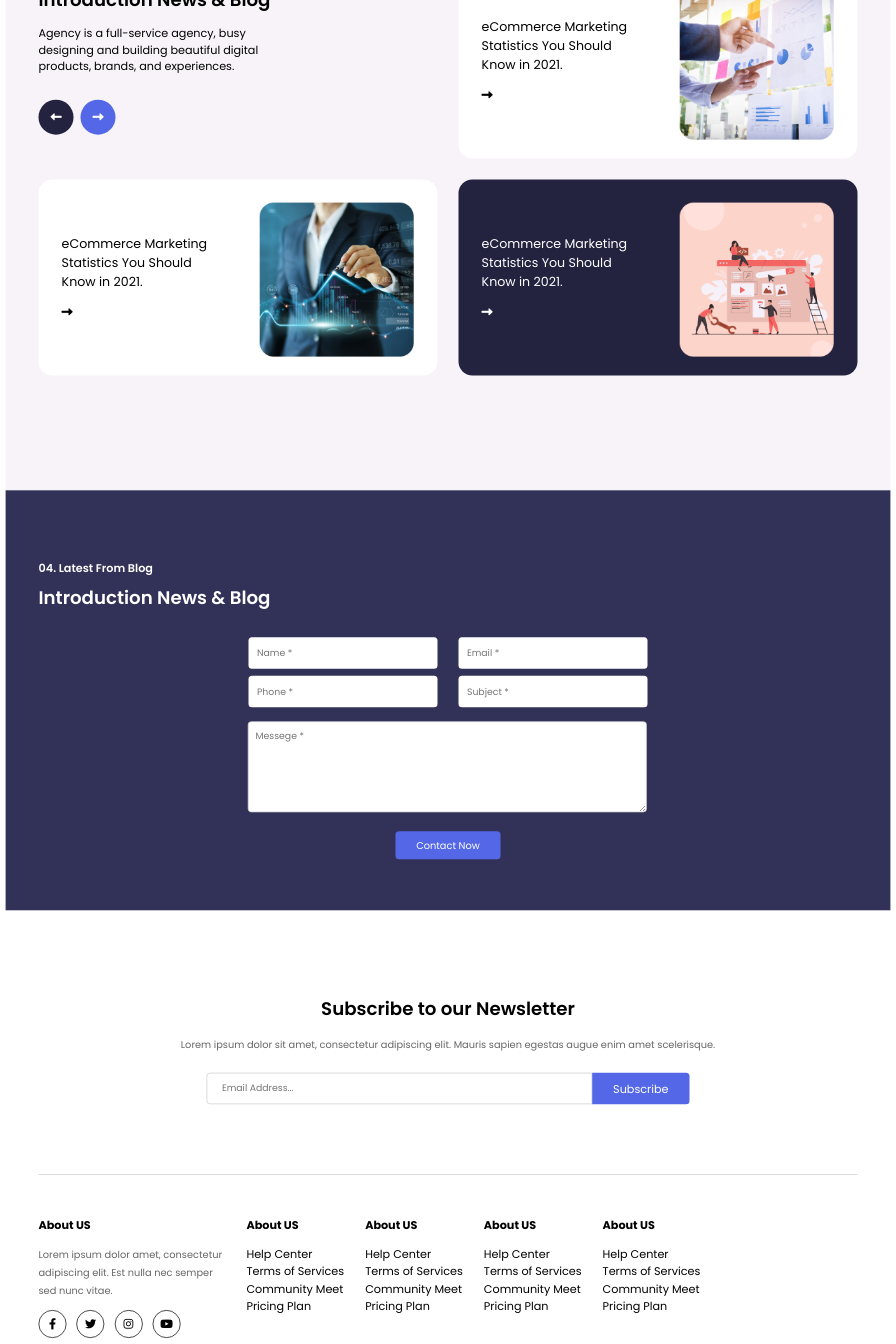
Repository: tranchi0120/LangdingPage-Htmlcss-Ago
Page: index.html
An editor plug-in stored every save of this project. The page is shown before and after the next save, followed by the edit.
The browser window is 1280 px wide. The pictures show the part of the page from y = 3648 to 5568 px (the page is 5568 px tall), at 70% of full size.
Some web libraries are served in a nearby version. The style sheet was rebuilt from its Sass, Less or Tailwind sources for each picture, by a compiler version that may differ from the author's.

Above is the page before, as saved 2022-07-15 12:45:45.

### index.html
<!DOCTYPE html>
<html lang="en">

<head>
    <meta charset="UTF-8" />
    <meta http-equiv="X-UA-Compatible" content="IE=edge" />
    <meta name="viewport" content="width=device-width, initial-scale=1.0" />
    <title>Ago</title>
    <!-- css -->
    <link rel="stylesheet" href="./css/app.css" />
    <!-- google font  -->
    <link rel="preconnect" href="https://fonts.googleapis.com" />
    <link rel="preconnect" href="https://fonts.gstatic.com" crossorigin />
    <link href="https://fonts.googleapis.com/css2?family=Poppins:wght@400;600;700&display=swap" rel="stylesheet" />
    <!-- google icon awaresome -->
    <link rel="stylesheet" href="https://cdnjs.cloudflare.com/ajax/libs/font-awesome/6.1.1/css/all.min.css">
    <!-- sass ./sass/app.scss ./css/app.css --watch -->
</head>

<body>
    <header class="header">
        <div class="header-top container">
            <span class="header-top-title">
                Welcome to Ago! Building Creative Business Agency
            </span>
            <div class="header-top-right">
                <div class="header-login">
                    <i class="fa-solid fa-user"></i>
                    <a href="#!" style="color:#666666">Login</a>
                </div>
                <div class="header-nation">
                    <i class="fa-solid fa-globe"></i>
                    <span class="header-language">English</span>
                    <i class="fa-solid fa-angle-down"></i>
                </div>
            </div>
        </div>
        <div class="header-line">
        </div>
        <div class="header-under container">
            <div class="header-under-logo">
                <div class="header-under-image">
                    <img class="header-under-img" src="./images/logo.png" alt="#">
                </div>
                <span class="header-under-name">Ago</span>
            </div>
            <div class="header-menu">
                <ul class="menu">
                    <li class="menu-item">
                        <a href="#" class="menu-link">Home</a>
                    </li>
                    <li class="menu-item">
                        <a href="#" class="menu-link">Features</a>
                        <i class="fa-solid fa-angle-down"></i>
                    </li>
                    <li class="menu-item">
                        <a href="#" class="menu-link">Services</a>
                    </li>
                    <li class="menu-item">
                        <a href="#" class="menu-link">Pages</a>
                    </li>
                    <li class="menu-item">
                        <a href="#" class="menu-link">Blog</a>
                    </li>
                    <li class="menu-item">
                        <a href="#" class="menu-link">Support</a>
                    </li>
                </ul>
                <div class="menu-button">
                    <i class="fa-solid fa-magnifying-glass menu-icon"></i>
                    <div class="button">Contact Us</div>
                </div>
            </div>
        </div>
    </header>
    <main>
        <section class="hero">
            <div class="container">
                <div class="hero-main">
                    <div class="hero-left">
                        <div class="hero-title">
                            Trusted Professional Service.
                        </div>
                        <span class="hero-content">
                            Ago is a full-service agency, busy designing and building beautiful digital products,
                            brands, and
                            experiences.
                        </span>
                        <div class="hero-button">
                            <div class="button">Recent Work</div>
                        </div>
                        <div class="hero-down">
                            <div class="hero-icondown">
                                <i style="color:#ffffff ;" class="fa-solid fa-arrow-down"></i>
                            </div>
                            <p class="hero-scroll">
                                Scroll Down
                            </p>
                        </div>
                    </div>
                    <div class="hero-right">
                        <img src="./images/hero.png" alt="#">
                    </div>
                </div>
            </div>
        </section>
        <section class="about">
            <div class="container">
                <div class="about-main">
                    <div class="about-images">
                        <img src="./images/about1.png" alt="#" class="about-img1">
                        <img src="./images/about2.png" alt="#" class="about-img2">
                        <img src="./images/about3.png" alt="#" class="about-img3">
                    </div>
                    <div class="about-us">
                        <h5 class="about-number">
                            01. About Us
                        </h5>
                        <div class="about-title">
                            We Make Designs that Lead and Inpire.
                        </div>
                        <div class="about-name">
                            A design team building a created
                            marketplace for UI designers.
                        </div>
                        <div class="about-content">
                            2,360 curated design resources to energize your creative workflow. We're a growing family of
                            682,268 designers and makers from around the world
                        </div>
                        <div class="menu-button">
                            <div class="button">Contact Us</div>
                        </div>
                    </div>
                </div>
            </div>
        </section>
        <section class="interactive">
            <div class="container">
                <div class="interactive-main">
                    <h5 class="interactive-number">
                        02. What We Do
                    </h5>
                    <div class="interactive-title">
                        <span class="interactive-name">
                            We Make Designs that Lead and Inpire.
                        </span>
                        <i class="fa-solid fa-left-long interactive-iconleft"></i>
                        <i class="fa-solid fa-right-long"></i>
                    </div>
                    <div class="interactive-group">
                        <div class="interactive-box">
                            <div class="row-circle">
                                <img class="row-img" src="./images/row1.png" alt="#">
                                <h2 class="row-number">
                                    26k
                                </h2>
                                <span class="row-title">
                                    Happy Clients
                                </span>
                            </div>
                            <div class="row-circle2">
                                <img class="row-img" src="./images/row2.png" alt="#">
                                <h2 class="row-number2">
                                    76k
                                </h2>
                                <span class="row-title2">
                                    Project Done
                                </span>
                                <span class="row-content2">
                                    Lorem ipsum dolor sit amet, consectetur adipiscing elit. Mauris sapien egestas augue
                                    enim amet scelerisque.
                                </span>
                            </div>
                            <div class="row-circle">
                                <img class="row-img" src="./images/row3.png" alt="#">
                                <h2 class="row-number">
                                    20k
                                </h2>
                                <span class="row-title">
                                    AWARDS WON
                                </span>
                            </div>
                            <div class="row-circle">
                                <img class="row-img" src="./images/row4.png" alt="#">
                                <h2 class="row-number">
                                    20k
                                </h2>
                                <span class="row-title">
                                    DAILY DATA INPUT
                                </span>
                            </div>
                        </div>
                    </div>
                </div>
            </div>
        </section>
        <section class="service">
            <div class="container">
                <h5 class="service-number">
                    03. Our Services
                </h5>
                <div class="service-title">
                    <span class="service-name">
                        Welcome to Our Professional Service
                    </span>
                </div>
                <div class="service-main">
                    <div class="service-left">
                        <h2 class="service-left-title">
                            Professional Website
                            Design Consulting
                        </h2>
                        <p class="service-left-content">
                            Agency is a full-service agency, busy designing and building beautiful digital products,
                            brands, and experiences.
                        </p>
                        <div class="menu-button">
                            <div class="button">View Detail</div>
                        </div>
                        <div class="service-left-images">
                            <img src="./images/service1.png" alt="#" class="service-left-img">
                            <img src="./images/service2.png" alt="#" class="service-left-img">
                            <img src="./images/service3.png" alt="#" class="service-left-img">
                        </div>
                    </div>
                    <div class="service-right">
                        <img src="./images/service4.png" alt="#" class="service-right-img">
                    </div>
                </div>
                <div class="service-bottom">
                    <div class="service-box">
                        <div class="service-box-imgs">
                            <img src="./images/logo1.png" alt="#" class="service-box-img">
                        </div>
                        <div class="service-box-text">
                            <h2 class="service-box-title">CREATIVE</h2>
                            <p class="service-box-slogan">YOUR SLOGAN HERE</p>
                        </div>
                    </div>
                    <div class="service-box">
                        <div class="service-box-imgs">
                            <img src="./images/logo2.png" alt="#" class="service-box-img">
                        </div>
                        <div class="service-box-text">
                            <h2 class="service-box-title">CREATIVE</h2>
                            <p class="service-box-slogan">YOUR SLOGAN HERE</p>
                        </div>
                    </div>
                    <div class="service-box">
                        <div class="service-box-imgs">
                            <img src="./images/logo3.png" alt="#" class="service-box-img">
                        </div>
                        <div class="service-box-text">
                            <h2 class="service-box-title">COMPANY</h2>
                            <p class="service-box-slogan">YOUR SLOGAN HERE</p>
                        </div>
                    </div>
                    <div class="service-box">
                        <div class="service-box-imgs">
                            <img src="./images/logo4.png" alt="#" class="service-box-img">
                        </div>
                        <div class="service-box-text">
                            <h2 class="service-box-title">CREATIVE</h2>
                            <p class="service-box-slogan">YOUR SLOGAN HERE</p>
                        </div>
                    </div>
                    <div class="service-box">
                        <div class="service-box-imgs">
                            <img src="./images/logo5.png" alt="#" class="service-box-img">
                        </div>
                        <div class="service-box-text">
                            <h2 class="service-box-title">COMPANY</h2>
                            <p class="service-box-slogan">YOUR SLOGAN HERE</p>
                        </div>
                    </div>
                    <div class="service-box">
                        <div class="service-box-imgs">
                            <img src="./images/logo6.png" alt="#" class="service-box-img">
                        </div>
                        <div class="service-box-text">
                            <h2 class="service-box-title">CREATIVE</h2>
                            <p class="service-box-slogan">YOUR SLOGAN HERE</p>
                        </div>
                    </div>
                </div>
            </div>
        </section>
        <section class="latest">
            <div class="container">
                <div class="latest-main">
                    <div class="latest-group">
                        <h5 class="latest-number">
                            04. Latest From Blog
                        </h5>
                        <span class="latest-title">
                            Introduction News & Blog
                        </span>
                        <p class="latest-content">
                            Agency is a full-service agency, busy designing and building beautiful digital products,
                            brands, and experiences.
                        </p>
                        <div class="latest-icon">
                            <div class="latest-icon-left">
                                <i class="fa-solid fa-left-long"></i>
                            </div>
                            <div class="latest-icon-right">
                                <i class="fa-solid fa-right-long"></i>
                            </div>
                        </div>
                    </div>
                    <div class="latest-groups">
                        <div class="latest-box">
                            <p class="latest-text">
                                eCommerce Marketing
                                Statistics You Should
                                Know in 2021.
                            </p>
                            <i class="fa-solid fa-right-long"></i>
                        </div>
                        <div class="latest-image">
                            <img src="./images/latest1.png" alt="#" class="latest-img">
                        </div>
                    </div>
                    <div class="latest-groups">
                        <div class="latest-box">
                            <p class="latest-text">
                                eCommerce Marketing
                                Statistics You Should
                                Know in 2021.
                            </p>
                            <i class="fa-solid fa-right-long"></i>
                        </div>
                        <div class="latest-image">
                            <img src="./images/latest2.png" alt="#" class="latest-img">
                        </div>
                    </div>
                    <div class="latest-groups3">
                        <div class="latest-box3">
                            <p class="latest-text3">
                                eCommerce Marketing
                                Statistics You Should
                                Know in 2021.
                            </p>
                            <i class="fa-solid fa-right-long"></i>
                        </div>
                        <div class="latest-image">
                            <img src="./images/latest3.png" alt="#" class="latest-img">
                        </div>
                    </div>
                </div>
            </div>
        </section>
        <section class="contact">
            <div class="container">
                <!-- <img class="contact-background" src="./images/background.png" alt="#"> -->
                <div class="contact-main">
                    <h5 class="contact-number">
                        04. Latest From Blog
                    </h5>
                    <span class="contact-title">
                        Introduction News & Blog
                    </span>
                    <div class="contact-import">
                        <input class="contact-input" type="text" placeholder="Name *">
                        <input class="contact-input" type="text" placeholder="Email *">
                        <input class="contact-input" type="text" placeholder="Phone *">
                        <input class="contact-input" type="text" placeholder="Subject *">
                    </div>
                    <textarea class="contact-textarea" name="text" id="#" cols="30" rows="10"
                        placeholder="Messege *"></textarea>
                    <div class="menu-button">
                        <div class="button contact-button">Contact Now</div>
                    </div>
                </div>
            </div>
        </section>
        <section class="subscribe">
            <div class="container">
                <div class="subscribe-main">
                    <h2 class="subscribe-title">
                        Subscribe to our Newsletter
                    </h2>
                    <p class="subscribe-text">
                        Lorem ipsum dolor sit amet, consectetur adipiscing elit. Mauris sapien egestas augue enim amet
                        scelerisque.
                    </p>
                    <div class="subscribe-import">
                        <input class="subscribe-input" type="text" placeholder="Email Address...">
                        <div class="subscribe-button">
                            <a style="color: white;" href="#!">Subscribe</a>
                        </div>
                    </div>
                </div>
            </div>
        </section>
    </main>
    <footer class="footer">
        <div class="container">
            <div class="footer-main">
                <div class="footer-top">
                    <div class="footer-group">
                        <span class="footer-group-title">
                            About US
                        </span>
                        <p class="footer-group-text">
                            Lorem ipsum dolor amet, consectetur
                            adipiscing elit. Est nulla nec semper
                            sed nunc vitae.
                        </p>
                        <div class="footer-group-icon">
                            <i class="footer-icon fa-brands fa-facebook-f"></i>
                            <i class="footer-icon fa-brands fa-twitter"></i>
                            <i class="footer-icon fa-brands fa-instagram"></i>
                            <i class="footer-icon fa-brands fa-youtube"></i>
                        </div>
                    </div>
                    <div class="footer-group">
                        <span class="footer-group-title">
                            About US
                        </span>
                        <ul class="footer-group-box">
                            <li>Help Center</li>
                            <li>Terms of Services</li>
                            <li>Community Meet</li>
                            <li>Pricing Plan</li>
                        </ul>
                    </div>
                    <div class="footer-group">
                        <span class="footer-group-title">
                            About US
                        </span>
                        <ul class="footer-group-box">
                            <li>Help Center</li>
                            <li>Terms of Services</li>
                            <li>Community Meet</li>
                            <li>Pricing Plan</li>
                        </ul>
                    </div>
                    <div class="footer-group">
                        <span class="footer-group-title">
                            About US
                        </span>
                        <ul class="footer-group-box">
                            <li>Help Center</li>
                            <li>Terms of Services</li>
                            <li>Community Meet</li>
                            <li>Pricing Plan</li>
                        </ul>
                    </div>
                    <div class="footer-group">
                        <span class="footer-group-title">
                            About US
                        </span>
                        <ul class="footer-group-box">
                            <li>Help Center</li>
                            <li>Terms of Services</li>
                            <li>Community Meet</li>
                            <li>Pricing Plan</li>
                        </ul>
                    </div>
                </div>
            </div>
        </div>
    </footer>
</body>

</html>

### sass/app.scss
@import "global";
@import "header";
@import "menu";
@import "variable";
@import "hero";
@import "about";
@import "interactive";
@import "row";
@import "service";
@import "latest";
@import "contact";
@import "subscribe";
@import "footer";

### sass/_variable.scss
$font: "Poppins", sans-serif;
$color1: #232340;
$color2: #323259;
$color-btn: #5468e7;
$black: #222222;
$white: #ffffff;

Loaded but not shown: sass/_service.scss (94 lines, source omitted); sass/_latest.scss (87 lines, source omitted); sass/_about.scss (57 lines, source omitted); sass/_contact.scss (53 lines, source omitted); sass/_row.scss (51 lines, source omitted); sass/_header.scss (47 lines, source omitted); sass/_subscribe.scss (44 lines, source omitted); sass/_footer.scss (37 lines, source omitted); sass/_hero.scss (38 lines, source omitted); sass/_interactive.scss (31 lines, source omitted); sass/_global.scss (32 lines, source omitted); sass/_menu.scss (25 lines, source omitted)

After the next save:
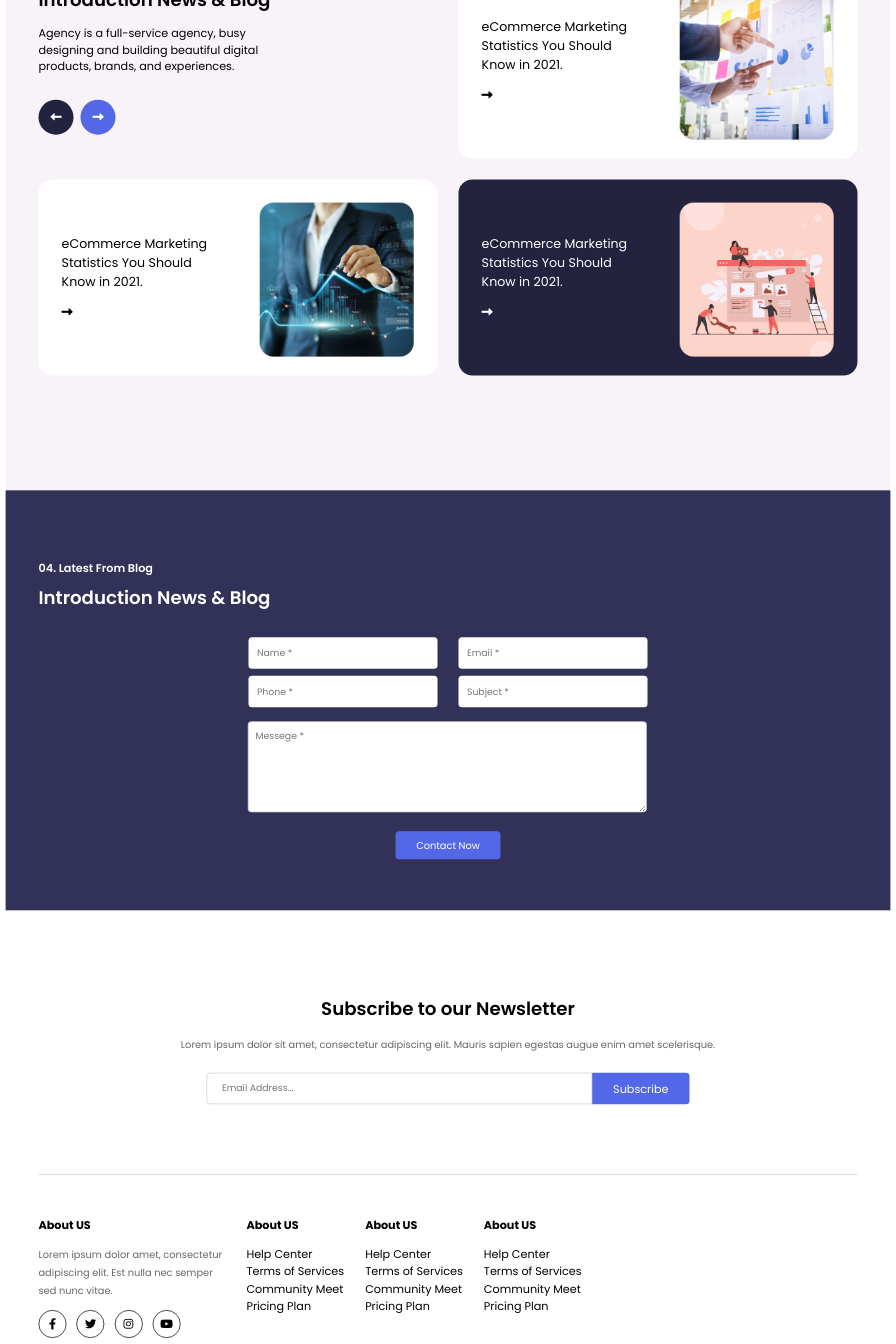
Saved 13 s later.
--- a/index.html
+++ b/index.html
@@ -447,17 +447,7 @@
                             <li>Pricing Plan</li>
                         </ul>
                     </div>
-                    <div class="footer-group">
-                        <span class="footer-group-title">
-                            About US
-                        </span>
-                        <ul class="footer-group-box">
-                            <li>Help Center</li>
-                            <li>Terms of Services</li>
-                            <li>Community Meet</li>
-                            <li>Pricing Plan</li>
-                        </ul>
-                    </div>
+
                 </div>
             </div>
         </div>
